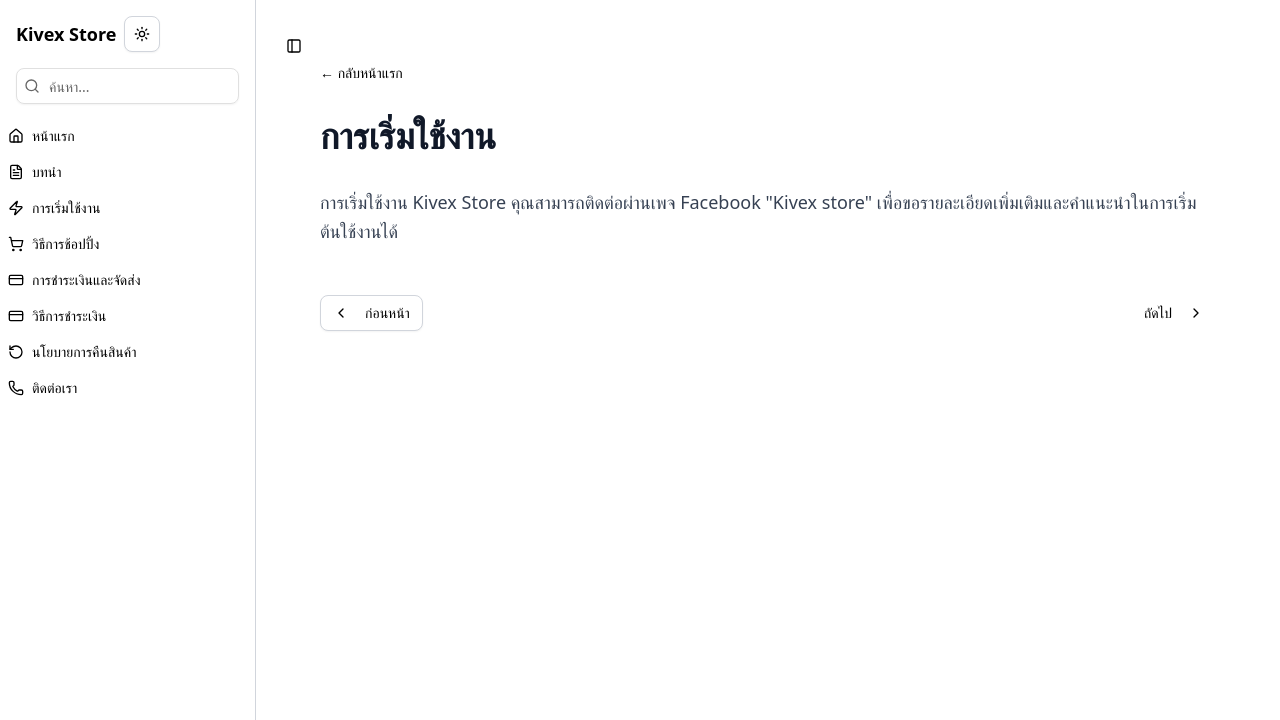
Repository: NUTellaVING/kivexdoc
Page: /getting-started
These files come from the project's save history. The page is drawn as it stood at one moment and after a run of saves; the edit follows.
The browser window is 1280 px wide. The pictures show the whole page.
The project was rebuilt for these pictures with package versions that can differ from the ones it lists, and the page was loaded fresh each time. The framework's server and built-in components were replaced by stand-ins that run in the browser. Also part of the build but not shown: next.config.ts, components/ui/separator.tsx, components/ui/skeleton.tsx. Imported but missing from the stored project, and not drawn on this page: components/ui/sheet.

Above is the page before, as saved 2025-12-06 16:11:46.

### app/layout.tsx
import type { Metadata } from "next";
import { Geist, Geist_Mono } from "next/font/google";
import "./globals.css";

const geistSans = Geist({
  variable: "--font-geist-sans",
  subsets: ["latin"],
});

const geistMono = Geist_Mono({
  variable: "--font-geist-mono",
  subsets: ["latin"],
});

export const metadata: Metadata = {
  title: "Kivex Store",
  description: "ข้อมูลและวิธีการใช้งาน",
};

export default function RootLayout({
  children,
}: Readonly<{
  children: React.ReactNode;
}>) {
  return (
    <html lang="en">
      <body
        className={`${geistSans.variable} ${geistMono.variable} antialiased`}
      >
        {children}
      </body>
    </html>
  );
}

### app/getting-started/page.tsx
"use client"

import Link from "next/link"
import { ChevronLeft, ChevronRight } from "lucide-react"

import { SidebarProvider, SidebarTrigger } from "@/components/ui/sidebar"
import { Button } from "@/components/ui/button"
import { AppSidebar } from "@/components/app-sidebar"

export default function GettingStarted() {
  return (
    <SidebarProvider>
      <div className="flex min-h-screen w-full">
        <AppSidebar />
        <main className="flex-1 px-6 py-8">
          <SidebarTrigger />
          <div className="max-w-4xl mx-auto">
            <div className="mb-8">
              <Link href="/" className="text-sm text-blue-600 hover:text-blue-800">&larr; กลับหน้าแรก</Link>
            </div>

            <section>
              <h1 className="text-4xl font-bold text-gray-900 dark:text-white mb-8">
                การเริ่มใช้งาน
              </h1>
              <div className="mb-6">
                <p className="text-gray-700 dark:text-gray-300 leading-relaxed text-lg mb-4">
                  การเริ่มใช้งาน Kivex Store คุณสามารถติดต่อผ่านเพจ Facebook "Kivex store" เพื่อขอรายละเอียดเพิ่มเติมและคำแนะนำในการเริ่มต้นใช้งานได้
                </p>
              </div>
            </section>

            <div className="flex justify-between mt-12">
              <Button asChild variant="outline">
                <Link href="/introduction">
                  <ChevronLeft className="h-4 w-4 mr-2" />
                  ก่อนหน้า
                </Link>
              </Button>
              <Button asChild>
                <Link href="/shopping-methods">
                  ถัดไป
                  <ChevronRight className="h-4 w-4 ml-2" />
                </Link>
              </Button>
            </div>
          </div>
        </main>
      </div>
    </SidebarProvider>
  );
}

### components/ui/button.tsx
import * as React from "react"
import { Slot } from "@radix-ui/react-slot"
import { cva, type VariantProps } from "class-variance-authority"

import { cn } from "@/lib/utils"

const buttonVariants = cva(
  "inline-flex items-center justify-center gap-2 whitespace-nowrap rounded-md text-sm font-medium transition-all disabled:pointer-events-none disabled:opacity-50 [&_svg]:pointer-events-none [&_svg:not([class*='size-'])]:size-4 shrink-0 [&_svg]:shrink-0 outline-none focus-visible:border-ring focus-visible:ring-ring/50 focus-visible:ring-[3px] aria-invalid:ring-destructive/20 dark:aria-invalid:ring-destructive/40 aria-invalid:border-destructive",
  {
    variants: {
      variant: {
        default: "bg-primary text-primary-foreground hover:bg-primary/90",
        destructive:
          "bg-destructive text-white hover:bg-destructive/90 focus-visible:ring-destructive/20 dark:focus-visible:ring-destructive/40 dark:bg-destructive/60",
        outline:
          "border bg-background shadow-xs hover:bg-accent hover:text-accent-foreground dark:bg-input/30 dark:border-input dark:hover:bg-input/50",
        secondary:
          "bg-secondary text-secondary-foreground hover:bg-secondary/80",
        ghost:
          "hover:bg-accent hover:text-accent-foreground dark:hover:bg-accent/50",
        link: "text-primary underline-offset-4 hover:underline",
      },
      size: {
        default: "h-9 px-4 py-2 has-[>svg]:px-3",
        sm: "h-8 rounded-md gap-1.5 px-3 has-[>svg]:px-2.5",
        lg: "h-10 rounded-md px-6 has-[>svg]:px-4",
        icon: "size-9",
        "icon-sm": "size-8",
        "icon-lg": "size-10",
      },
    },
    defaultVariants: {
      variant: "default",
      size: "default",
    },
  }
)

function Button({
  className,
  variant,
  size,
  asChild = false,
  ...props
}: React.ComponentProps<"button"> &
  VariantProps<typeof buttonVariants> & {
    asChild?: boolean
  }) {
  const Comp = asChild ? Slot : "button"

  return (
    <Comp
      data-slot="button"
      className={cn(buttonVariants({ variant, size, className }))}
      {...props}
    />
  )
}

export { Button, buttonVariants }

### components/app-sidebar.tsx
"use client"

import { Search, FileText, Zap, ShoppingCart, CreditCard, RotateCcw, Mail, Phone, MessageSquare, Home as HomeIcon } from "lucide-react"

import {
  Sidebar,
  SidebarContent,
  SidebarHeader,
  SidebarMenu,
  SidebarMenuButton,
  SidebarMenuItem,
} from "@/components/ui/sidebar"
import { Input } from "@/components/ui/input"
import { ThemeToggle } from "@/components/theme-toggle"

const items = [
  {
    title: "หน้าแรก",
    url: "/",
    icon: HomeIcon,
  },
  {
    title: "บทนำ",
    url: "/introduction",
    icon: FileText,
  },
  {
    title: "การเริ่มใช้งาน",
    url: "/getting-started",
    icon: Zap,
  },
  {
    title: "วิธีการช้อปปิ้ง",
    url: "/shopping-methods",
    icon: ShoppingCart,
  },
  {
    title: "การชำระเงินและจัดส่ง",
    url: "/payment-shipping",
    icon: CreditCard,
  },
  {
    title: "วิธีการชำระเงิน",
    url: "/payment-methods",
    icon: CreditCard,
  },
  {
    title: "นโยบายการคืนสินค้า",
    url: "/return-policy",
    icon: RotateCcw,
  },
  {
    title: "ติดต่อเรา",
    url: "/contact",
    icon: Phone,
  },
]

export function AppSidebar() {
  return (
    <Sidebar>
      <SidebarHeader>
        <div className="flex items-center gap-2 px-2 py-2">
          <h2 className="text-lg font-semibold">Kivex Store</h2>
          <ThemeToggle />
        </div>
        <div className="px-2 pb-2">
          <div className="relative">
            <Search className="absolute left-2 top-1/2 h-4 w-4 -translate-y-1/2 text-muted-foreground" />
            <Input
              placeholder="ค้นหา..."
              className="pl-8"
            />
          </div>
        </div>
      </SidebarHeader>
      <SidebarContent>
        <SidebarMenu>
          {items.map((item) => (
            <SidebarMenuItem key={item.title}>
              <SidebarMenuButton asChild>
                <a href={item.url}>
                  <item.icon />
                  <span>{item.title}</span>
                </a>
              </SidebarMenuButton>
            </SidebarMenuItem>
          ))}
        </SidebarMenu>
      </SidebarContent>
    </Sidebar>
  )
}

### components/ui/input.tsx
import * as React from "react"

import { cn } from "@/lib/utils"

function Input({ className, type, ...props }: React.ComponentProps<"input">) {
  return (
    <input
      type={type}
      data-slot="input"
      suppressHydrationWarning={true}
      className={cn(
        "file:text-foreground placeholder:text-muted-foreground selection:bg-primary selection:text-primary-foreground dark:bg-input/30 border-input h-9 w-full min-w-0 rounded-md border bg-transparent px-3 py-1 text-base shadow-xs transition-[color,box-shadow] outline-none file:inline-flex file:h-7 file:border-0 file:bg-transparent file:text-sm file:font-medium disabled:pointer-events-none disabled:cursor-not-allowed disabled:opacity-50 md:text-sm",
        "focus-visible:border-ring focus-visible:ring-ring/50 focus-visible:ring-[3px]",
        "aria-invalid:ring-destructive/20 dark:aria-invalid:ring-destructive/40 aria-invalid:border-destructive",
        className
      )}
      {...props}
    />
  )
}

export { Input }

### components/ui/tooltip.tsx
"use client"

import * as React from "react"
import * as TooltipPrimitive from "@radix-ui/react-tooltip"

import { cn } from "@/lib/utils"

function TooltipProvider({
  delayDuration = 0,
  ...props
}: React.ComponentProps<typeof TooltipPrimitive.Provider>) {
  return (
    <TooltipPrimitive.Provider
      data-slot="tooltip-provider"
      delayDuration={delayDuration}
      {...props}
    />
  )
}

function Tooltip({
  ...props
}: React.ComponentProps<typeof TooltipPrimitive.Root>) {
  return (
    <TooltipProvider>
      <TooltipPrimitive.Root data-slot="tooltip" {...props} />
    </TooltipProvider>
  )
}

function TooltipTrigger({
  ...props
}: React.ComponentProps<typeof TooltipPrimitive.Trigger>) {
  return <TooltipPrimitive.Trigger data-slot="tooltip-trigger" {...props} />
}

function TooltipContent({
  className,
  sideOffset = 0,
  children,
  ...props
}: React.ComponentProps<typeof TooltipPrimitive.Content>) {
  return (
    <TooltipPrimitive.Portal>
      <TooltipPrimitive.Content
        data-slot="tooltip-content"
        sideOffset={sideOffset}
        className={cn(
          "bg-foreground text-background animate-in fade-in-0 zoom-in-95 data-[state=closed]:animate-out data-[state=closed]:fade-out-0 data-[state=closed]:zoom-out-95 data-[side=bottom]:slide-in-from-top-2 data-[side=left]:slide-in-from-right-2 data-[side=right]:slide-in-from-left-2 data-[side=top]:slide-in-from-bottom-2 z-50 w-fit origin-(--radix-tooltip-content-transform-origin) rounded-md px-3 py-1.5 text-xs text-balance",
          className
        )}
        {...props}
      >
        {children}
        <TooltipPrimitive.Arrow className="bg-foreground fill-foreground z-50 size-2.5 translate-y-[calc(-50%_-_2px)] rotate-45 rounded-[2px]" />
      </TooltipPrimitive.Content>
    </TooltipPrimitive.Portal>
  )
}

export { Tooltip, TooltipTrigger, TooltipContent, TooltipProvider }

### components/theme-toggle.tsx
"use client"

import * as React from "react"
import { Moon, Sun } from "lucide-react"

import { Button } from "@/components/ui/button"

export function ThemeToggle() {
  const [theme, setTheme] = React.useState<"light" | "dark">("light")

  React.useEffect(() => {
    const savedTheme = localStorage.getItem("theme") as "light" | "dark" | null
    const systemPrefersDark = window.matchMedia("(prefers-color-scheme: dark)").matches
    const initialTheme = savedTheme || (systemPrefersDark ? "dark" : "light")
    setTheme(initialTheme)
    document.documentElement.classList.toggle("dark", initialTheme === "dark")
  }, [])

  const toggleTheme = () => {
    const newTheme = theme === "dark" ? "light" : "dark"
    setTheme(newTheme)
    document.documentElement.classList.toggle("dark", newTheme === "dark")
    localStorage.setItem("theme", newTheme)
  }

  return (
    <Button variant="outline" size="icon" onClick={toggleTheme}>
      <Sun className="h-[1.2rem] w-[1.2rem] rotate-0 scale-100 transition-all dark:-rotate-90 dark:scale-0" />
      <Moon className="absolute h-[1.2rem] w-[1.2rem] rotate-90 scale-0 transition-all dark:rotate-0 dark:scale-100" />
      <span className="sr-only">Toggle theme</span>
    </Button>
  )
}

Loaded but not shown: app/globals.css (common file); hooks/use-mobile.ts (common file); lib/utils.ts (common file); components/ui/sidebar.tsx (726 lines, source omitted)

After the next 10 saves:
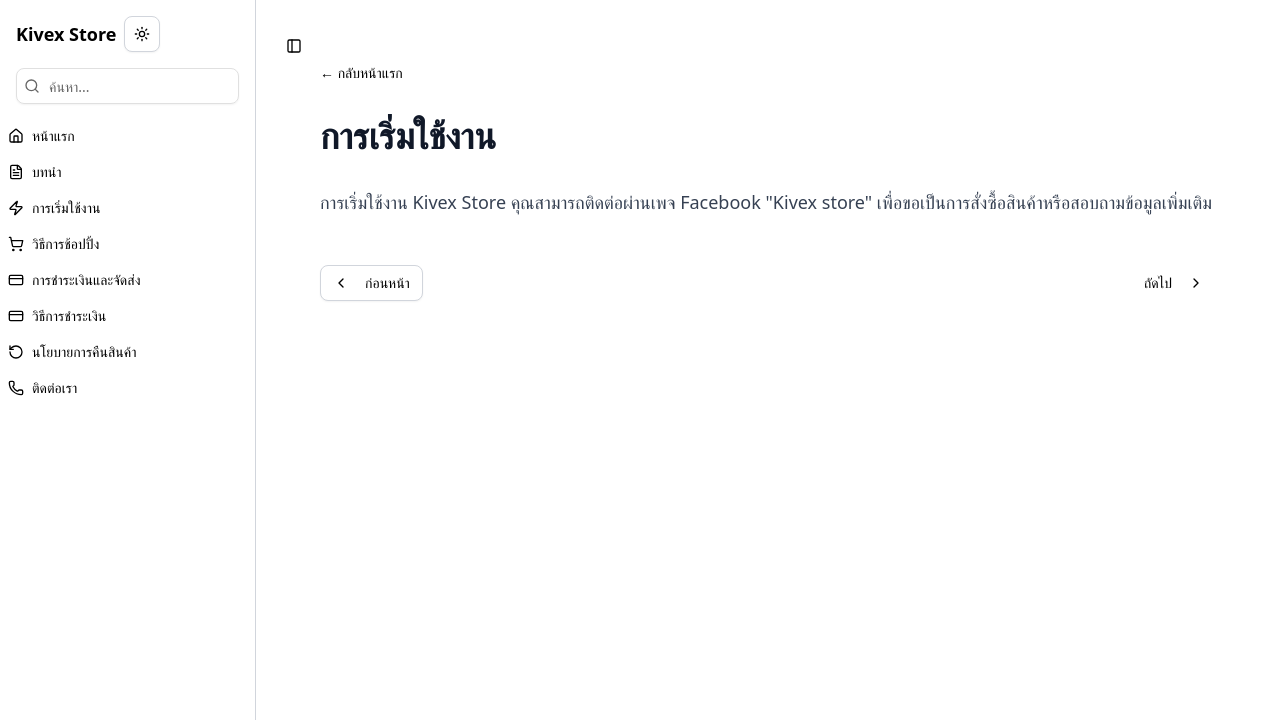
The 10 saves are shown as one change because they came seconds apart.
The last was saved 24 s later.
--- a/app/getting-started/page.tsx
+++ b/app/getting-started/page.tsx
@@ -25,7 +25,7 @@ export default function GettingStarted() {
               </h1>
               <div className="mb-6">
                 <p className="text-gray-700 dark:text-gray-300 leading-relaxed text-lg mb-4">
-                  การเริ่มใช้งาน Kivex Store คุณสามารถติดต่อผ่านเพจ Facebook "Kivex store" เพื่อขอรายละเอียดเพิ่มเติมและคำแนะนำในการเริ่มต้นใช้งานได้
+                  การเริ่มใช้งาน Kivex Store คุณสามารถติดต่อผ่านเพจ Facebook "Kivex store" เพื่อขอเป็นการสั่งซื้อสินค้าหรือสอบถามข้อมูลเพิ่มเติม
                 </p>
               </div>
             </section>
